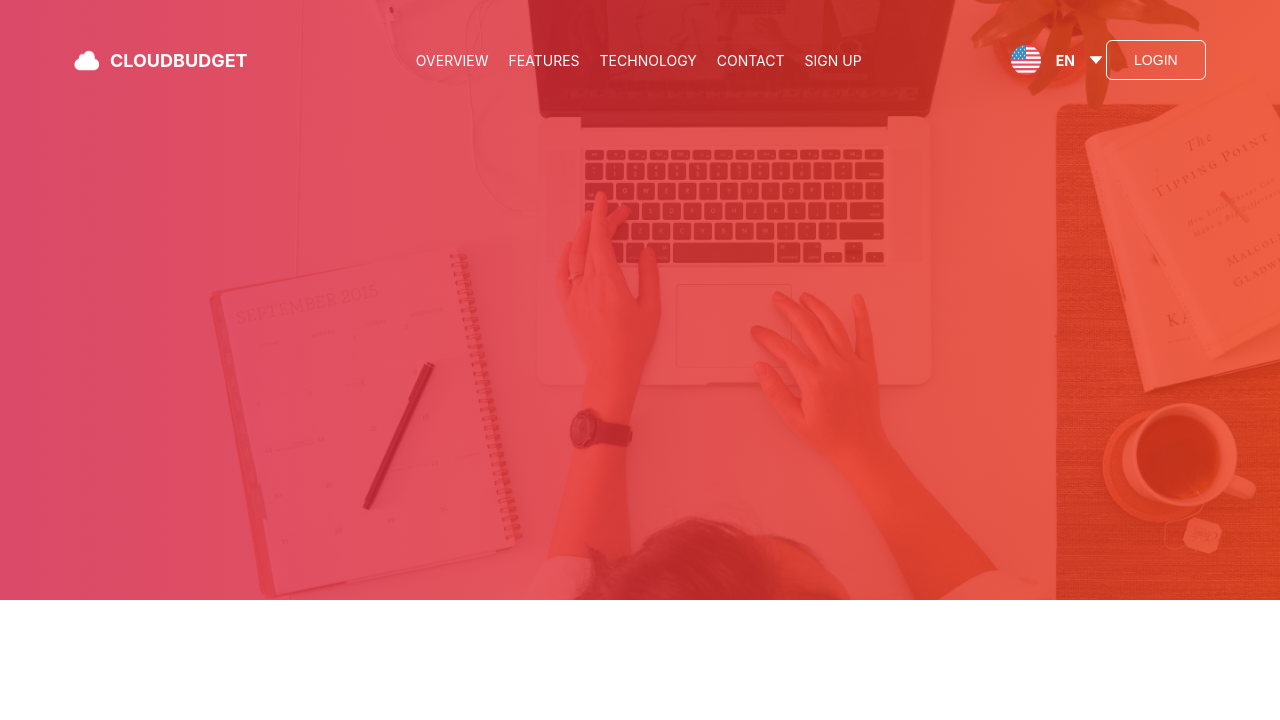
Repository: Ola-22/cloudBudget
Page: /
These files come from the project's save history. The page is drawn as it stood at one moment and after the next save; the edit follows.
The browser window is 1280 px wide. The pictures show the whole page.
The project was rebuilt for these pictures with package versions that can differ from the ones it lists, and the page was loaded fresh each time.

Above is the page before, as saved 2021-09-12 17:20:20.

### src/App.js
import "./App.css";
import Navbar from "./Components/Navbar";

function App() {
  return (
    <div className="App">
      <div
        className="app-main"
        style={{
          backgroundImage:
            "linear-gradient(90deg, rgba(213, 32, 71, 0.8) 0%, rgba(238, 61, 27, 0.8) 100%),url(/bg.png)",
          height: "600px",
        }}
      >
        <Navbar />
      </div>
    </div>
  );
}

export default App;

### src/App.css
*{
  margin: 0;
  padding: 0;
  box-sizing: border-box;
}

.app-main{
  height: 782px;
  background-position: center;
  background-repeat: no-repeat;
  background-size: cover;
  position: relative;
}

### src/Components/Navbar/index.jsx
import "./style.scss";
// import {Link} from "react-router-dom"
import { Link, BrowserRouter as Router } from "react-router-dom";

function Navbar() {
  return (
    <div className="nav-main">
      <div className="nav-box">
        <img src="/Vector.png" alt="" />
        <h3>CLOUDBUDGET</h3>
      </div>
      <Router>
        <nav>
          <Link to="/">overview</Link>
          <Link to="/">features</Link>
          <Link to="/">technology</Link>
          <Link to="/">contact</Link>
          <Link to="/">sign up</Link>
        </nav>
      </Router>
      <div style={{ display: "flex" }}>
        <div className="flag-box">
          <img src="/flag.png" alt="" />
          <h4>EN</h4>
          <img src="/vector2.png" alt="" />
        </div>
        <button>Login</button>
      </div>
    </div>
  );
}

export default Navbar;

### src/Components/Navbar/style.scss
@import "../../styles/variables.scss";

.nav-main{
  display: flex;
  align-items: center;
  justify-content: space-around;
  padding-top: 40px;
  & >nav{
    display: flex;
    & >a {
      margin-left: 20px;
      text-transform: uppercase;
      color: $whiteColor;
      font-size: 14px;
      text-decoration: none;
    }
  }

  & button{
    width: 100px;
    height: 40px;
    background-color: transparent;
    border-radius: 6px;
    border: 1px solid $whiteColor;
    font-size: 14px;
    text-transform: uppercase;
    color: $whiteColor;
  }
}

.nav-box{
  display: flex;
  // margin-left: 5%;
  & > h3{
    font-size: 18px;
    margin-left: 9.9px;
    color: white;
  }
}

.flag-box{
  display: flex;
  align-items: center;
  width: 96px;
  & > h4{
    font-size: 14px;
    color: $whiteColor;
    margin-inline-start: 13.81px;
    margin-inline-end: 13.81px;
  }
}

### src/styles/variables.scss
$whiteColor: #ffffff;
$blackColor: #000000;
$orangeColor: #EE3D1B;
$pinkColor: #D52047;

Loaded but not shown: public/index.html (common file); src/index.js (common file); src/index.css (common file); src/reportWebVitals.js (common file)

After the next save:
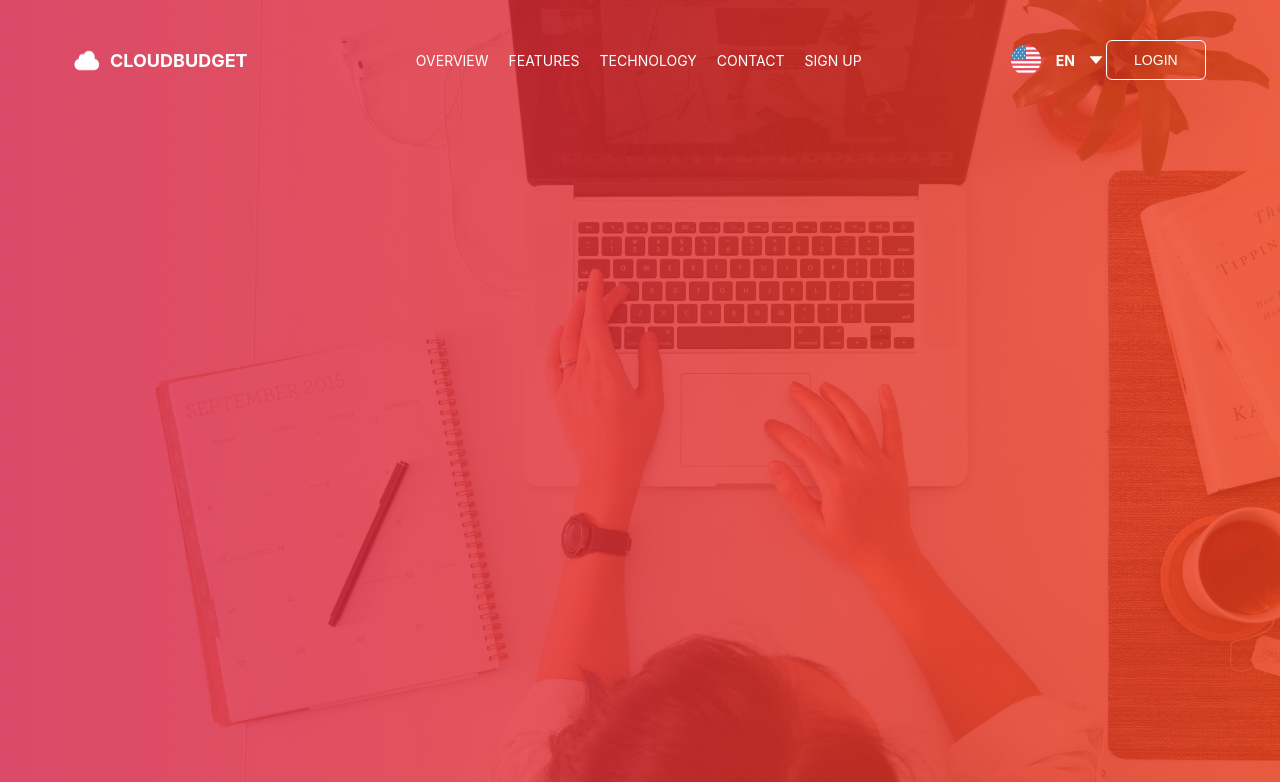
Saved 20 s later.
--- a/src/App.js
+++ b/src/App.js
@@ -9,7 +9,7 @@ function App() {
         style={{
           backgroundImage:
             "linear-gradient(90deg, rgba(213, 32, 71, 0.8) 0%, rgba(238, 61, 27, 0.8) 100%),url(/bg.png)",
-          height: "600px",
+          height: "782px",
         }}
       >
         <Navbar />
